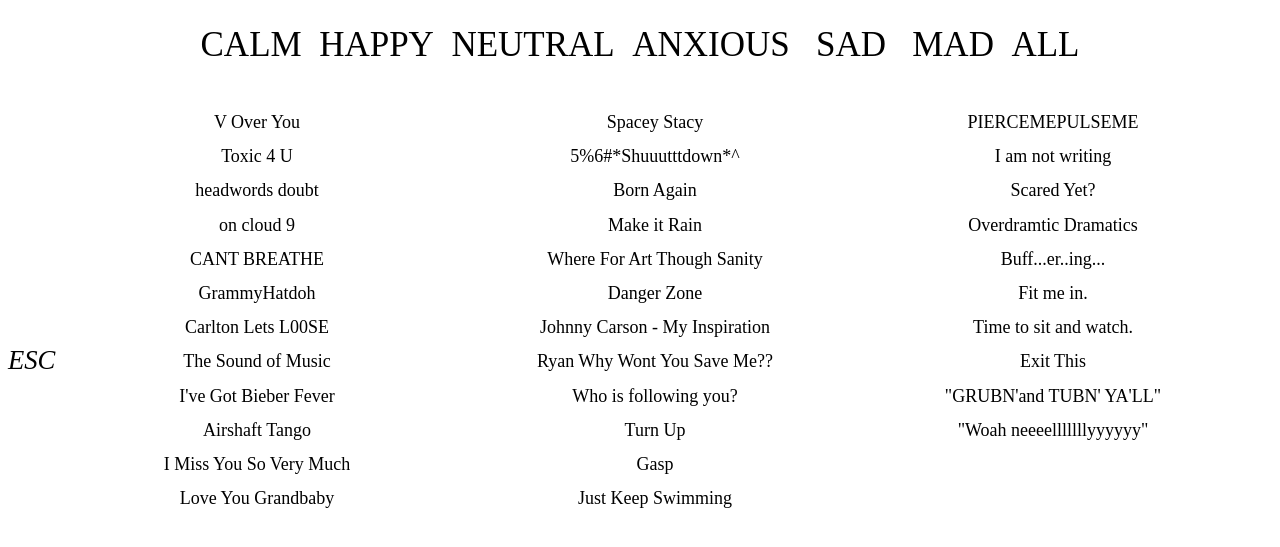
Repository: bradk647/bradk647.github.io
Page: cheat/cheatpage.html
The author's editor kept a record of every edit. The page is drawn from the files as they stood at one moment, then again after the next edit.
The browser window is 1280 px wide. The pictures show the whole page.

Above is the page before.

### cheat/cheatpage.html
<html>
    <head>
        <title>
           U R CHEATR?
        </title>
        <link rel="stylesheet" type="text/css" href="cheatsheetstyle.css">

        <link rel="icon" href="../BUGS018.png" sizes="16x16 32x32" type="image/png">

    </head>

    <body>
        <div class="wrappertext">
            <a href="calmcheat.html"><div id="orange" style="display: inline-block;">CALM</div></a>&nbsp;
            <a href="happycheat.html"><div id="pink" style="display: inline-block;">HAPPY</div></a>&nbsp;
            <a href="neutralcheat.html"><div id="yellow" style="display: inline-block;">NEUTRAL</div></a>&nbsp;
            <a href="anxiouscheat.html"><div id="green" style="display: inline-block;">ANXIOUS</div></a> &nbsp;
            <a href="sadcheat.html"><div id="blue" style="display: inline-block;">SAD</div></a> &nbsp;
            <a href="madcheat.html"><div id="red" style="display: inline-block;">MAD</div></a>&nbsp;
            <a href="allcheat.html"><div id="all" style="display: inline-block;">ALL</div></a>
         </div>

         <div class="leftwrapper">
                <div class="esc">
                    <a href="../indexbunny.html">ESC</a> <br />
                </div>
            </div>




        <ul>

            <a href="../bunny/VOverYou.html" class="yellow"><li>V Over You</li></a>
            <a href="..//brit.html" class="red"><li>Toxic 4 U</li></a>
            <a href="../bunny/headwords.html" class="blue"><li>headwords doubt</li></a>
            <a href="../bunny/clouds.html" class="orange"><li>on cloud 9</li></a>
            <a href="../bunny/constriction.html" div id="green"><li>CANT BREATHE</li></a>
            <a href="../bunny/GrammyHatdoh.html" class="pink"><li>GrammyHatdoh</li></a>
            <a href="../bunny/disco.html" class="pink"><li>Carlton Lets L00SE</li></a>
             <a href="../bunny/moutaintop.html" class="orange"><li>The Sound of Music</li></a>
            <a href="../bunny/bieber.html" div id="red"><li>I've Got Bieber Fever</li></a>
            <a href="../bunny/AirshaftTango.html" class="green"><li>Airshaft Tango</li></a>
            <a href="../bunny/IMissYouSoVeryMuch.html" class="blue"><li>I Miss You So Very Much</li></a>
            <a href="../bunny/oldpeople.html" class="pink"><li>Love You Grandbaby</li></a>
            <a href="../bunny/SpaceyStacy.html" class="yellow"><li>Spacey Stacy</li></a>
            <a href="../bunny/Shutdown.html" class="blue"><li>5%6#*Shuuutttdown*^</li></a>
            <a href="../bunny/BornAgain.html" class="green"><li>Born Again</li></a>
            <a href="../bunny/MakeItRain.html" class="orange"><li>Make it Rain</li></a>
            <a href="../bunny/shakespere.html" class="green"><li>Where For Art Though Sanity </li></a>
            <a href="../bunny/dangerzone.html" class="pink"><li>Danger Zone </li></a>
            <a href="../bunny/SHOUT.html" class="red"><li>Johnny Carson - My Inspiration </li></a>
            <a href="../bunny/buried.html" class="green"><li>Ryan Why Wont You Save Me??</li></a>
            <a href="../bunny/WhoIsFollowingYou.html" class="orange"><li>Who is following you?</li></a>
            <a href="../bunny/padded.html" div id="orange"><li>Turn Up</li></a>
            <a href="../bunny/poem1.html" class="blue"><li>Gasp</li></a>
            <a href="../bunny/DORI.html" class="pink"><li>Just Keep Swimming</li></a>
            <a href="../bunny/PUSLEME.html" class="red"><li>PIERCEMEPULSEME</li></a>
            <a href="../bunny/NotWriting.html" class="green"><li>I am not writing</li></a>
            <a href="../bunny/knife.html" class="red"><li>Scared Yet?</li></a>
            <a href="../bunny/overdrama.html" class="blue"><li>Overdramtic Dramatics</li></a>
            <a href="../bunny/textmess.html" class="yellow"><li>Buff...er..ing...</li></a>
            <a href="../bunny/mold.html" class="green"><li>Fit me in.</li></a>
            <a href="../bunny/window.html" class="yellow"><li>Time to sit and watch.</li></a>
            <a href="../bunny/exit.html" class="blue"><li>Exit This</li></a>
            <a href="../bunny/snackz.html" class="pink"><li>"GRUBN'and TUBN' YA'LL"</li></a>
            <a href="../bunny/indexvid1.html" div id="red"><li>"Woah neeeelllllllyyyyyy"</li></a>
        </ul>

    </body>
</html>

### cheat/cheatsheetstyle.css
body{
            background-color:white;
        }

        .wrappertext {
            text-align:center;
            font-family: "Times New Roman",serif;
            font-size:35px;
            margin-top:25px;
        }

       .leftwrapper {
            width:50%;
            float: left;

        }

        .rightwrapper{
            width:50%;
            float: right;
        }

        .esc {
        	position: fixed;
        	top: 50%;
        	font-size: 20pt;
        	font-style:italic;
        	-webkit-transform: translateY (-50%);
        	   -moz-transform: translateY(-50%);
        			transform: translateY(-50%);
        }

        .cheat {
            color:black;
            font-family:"Times New Roman",serif;
            font-size:20pt;
            font-style:italic;
            position: fixed;
	        top: 50%;
	        /*left:990px;*/
            left: 96%;
            /*margin-right: -100%;*/
            transform: translate(-50%, -50%)
            }

        a:link {
                text-decoration: none;
                color:black;
            }

            a:visited {
                text-decoration: none;
                color:black;
            }

            a:hover {
                text-decoration: line-through;
            }

            a:active {
                text-decoration: underline;
            }

            #red:hover {
                color: red;
                text-decoration: line-through;
            }
            #green:hover {
                color: green;
                text-decoration: line-through;
            }
           #blue:hover {
                color: blue;
                text-decoration: line-through;
            }
            #yellow:hover {
                color: yellow;
                text-decoration: line-through;
            }
            #orange:hover {
                color: orange;
                text-decoration: line-through;
            }
            #pink:hover {
                color: #FF69B4;
                text-decoration: line-through;
            }

            #all:hover {
                color:black;
                text-decoration: line-through;
            }

            ul {
                font-family:"Times New Roman",serif;
                font-size:18px;
                line-height:1.9em;
                list-style-type: none;
            	counter-reset: section;

            	-moz-column-count: 3;
                -moz-column-gap: 20px;
                -webkit-column-count: 3;
                -webkit-column-gap: 10px;
                column-count: 3;
                column-gap: 10px;

                text-align: center;
                vertical-align: middle;
                margin-right:40px;
                margin-top:40px;
            }

            ul li
            {
            	padding-left: 30px;
            	position: relative;
            }

            ul li:before
            {

            	margin: 0 0 0 -34px;
            	text-align: center;
            	width: 2em;
            	display: inline-block;
            	position: absolute;
            	height: 100%;

            }

After the next edit:
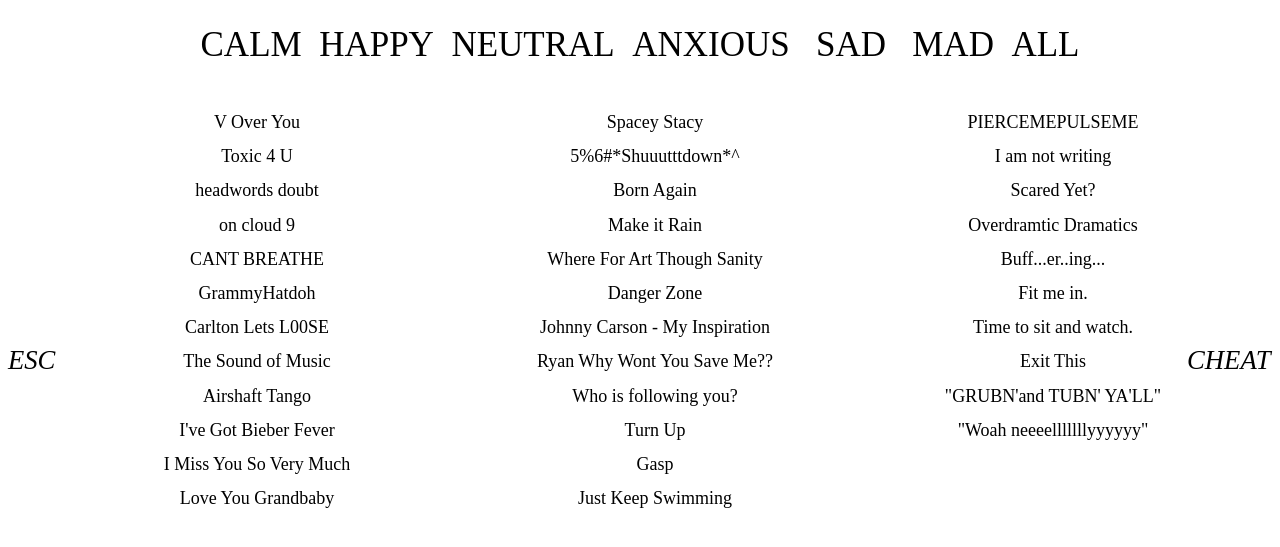
The edit:
--- a/cheat/cheatpage.html
+++ b/cheat/cheatpage.html
@@ -26,45 +26,49 @@
                 </div>
             </div>
 
-
-
+         <div class="rightwrapper">
+                <div class="cheat">
+                    <a href="cheatpage.html">CHEAT</a> <br />
+                </div>
+            </div>
 
         <ul>
 
-            <a href="../bunny/VOverYou.html" class="yellow"><li>V Over You</li></a>
-            <a href="..//brit.html" class="red"><li>Toxic 4 U</li></a>
-            <a href="../bunny/headwords.html" class="blue"><li>headwords doubt</li></a>
-            <a href="../bunny/clouds.html" class="orange"><li>on cloud 9</li></a>
+            <a href="../bunny/VOverYou.html" div id="yellow"><li>V Over You</li></a>
+            <a href="../bunny/brit.html" div id="red"><li>Toxic 4 U</li></a>
+            <a href="../bunny/headwords.html" div id="blue"><li>headwords doubt</li></a>
+            <a href="../bunny/clouds.html" div id="orange"><li>on cloud 9</li></a>
             <a href="../bunny/constriction.html" div id="green"><li>CANT BREATHE</li></a>
-            <a href="../bunny/GrammyHatdoh.html" class="pink"><li>GrammyHatdoh</li></a>
-            <a href="../bunny/disco.html" class="pink"><li>Carlton Lets L00SE</li></a>
-             <a href="../bunny/moutaintop.html" class="orange"><li>The Sound of Music</li></a>
+            <a href="../bunny/GrammyHatdoh.html" div id="pink"><li>GrammyHatdoh</li></a>
+            <a href="../bunny/disco.html" div id="pink"><li>Carlton Lets L00SE</li></a>
+            <a href="../bunny/moutaintop.html" div id="orange"><li>The Sound of Music</li></a>
+            <a href="../bunny/AirshaftTango.html" div id="green"><li>Airshaft Tango</li></a>
             <a href="../bunny/bieber.html" div id="red"><li>I've Got Bieber Fever</li></a>
-            <a href="../bunny/AirshaftTango.html" class="green"><li>Airshaft Tango</li></a>
-            <a href="../bunny/IMissYouSoVeryMuch.html" class="blue"><li>I Miss You So Very Much</li></a>
-            <a href="../bunny/oldpeople.html" class="pink"><li>Love You Grandbaby</li></a>
-            <a href="../bunny/SpaceyStacy.html" class="yellow"><li>Spacey Stacy</li></a>
-            <a href="../bunny/Shutdown.html" class="blue"><li>5%6#*Shuuutttdown*^</li></a>
-            <a href="../bunny/BornAgain.html" class="green"><li>Born Again</li></a>
-            <a href="../bunny/MakeItRain.html" class="orange"><li>Make it Rain</li></a>
-            <a href="../bunny/shakespere.html" class="green"><li>Where For Art Though Sanity </li></a>
-            <a href="../bunny/dangerzone.html" class="pink"><li>Danger Zone </li></a>
-            <a href="../bunny/SHOUT.html" class="red"><li>Johnny Carson - My Inspiration </li></a>
-            <a href="../bunny/buried.html" class="green"><li>Ryan Why Wont You Save Me??</li></a>
-            <a href="../bunny/WhoIsFollowingYou.html" class="orange"><li>Who is following you?</li></a>
+            <a href="../bunny/IMissYouSoVeryMuch.html" div id="blue"><li>I Miss You So Very Much</li></a>
+            <a href="../bunny/oldpeople.html" div id="yellow"><li>Love You Grandbaby</li></a>
+            <a href="../bunny/SpaceyStacy.html" div id="yellow"><li>Spacey Stacy</li></a>
+            <a href="../bunny/Shutdown.html" div id="blue"><li>5%6#*Shuuutttdown*^</li></a>
+            <a href="../bunny/BornAgain.html" div id="green"><li>Born Again</li></a>
+            <a href="../bunny/MakeItRain.html" div id="orange"><li>Make it Rain</li></a>
+            <a href="../bunny/shakespere.html" div id="green"><li>Where For Art Though Sanity </li></a>
+            <a href="../bunny/dangerzone.html" div id="pink"><li>Danger Zone </li></a>
+            <a href="../bunny/SHOUT.html" div id="red"><li>Johnny Carson - My Inspiration </li></a>
+            <a href="../bunny/buried.html" div id="green"><li>Ryan Why Wont You Save Me??</li></a>
+            <a href="../bunny/WhoIsFollowingYou.html" div id="orange"><li>Who is following you?</li></a>
             <a href="../bunny/padded.html" div id="orange"><li>Turn Up</li></a>
-            <a href="../bunny/poem1.html" class="blue"><li>Gasp</li></a>
-            <a href="../bunny/DORI.html" class="pink"><li>Just Keep Swimming</li></a>
-            <a href="../bunny/PUSLEME.html" class="red"><li>PIERCEMEPULSEME</li></a>
-            <a href="../bunny/NotWriting.html" class="green"><li>I am not writing</li></a>
-            <a href="../bunny/knife.html" class="red"><li>Scared Yet?</li></a>
-            <a href="../bunny/overdrama.html" class="blue"><li>Overdramtic Dramatics</li></a>
-            <a href="../bunny/textmess.html" class="yellow"><li>Buff...er..ing...</li></a>
-            <a href="../bunny/mold.html" class="green"><li>Fit me in.</li></a>
-            <a href="../bunny/window.html" class="yellow"><li>Time to sit and watch.</li></a>
-            <a href="../bunny/exit.html" class="blue"><li>Exit This</li></a>
-            <a href="../bunny/snackz.html" class="pink"><li>"GRUBN'and TUBN' YA'LL"</li></a>
+            <a href="../bunny/poem1.html" div id="blue"><li>Gasp</li></a>
+            <a href="../bunny/DORI.html" div id="pink"><li>Just Keep Swimming</li></a>
+            <a href="../bunny/PUSLEME.html" div id="red"><li>PIERCEMEPULSEME</li></a>
+            <a href="../bunny/NotWriting.html" div id="green"><li>I am not writing</li></a>
+            <a href="../bunny/knife.html" div id="red"><li>Scared Yet?</li></a>
+            <a href="../bunny/overdrama.html" div id="blue"><li>Overdramtic Dramatics</li></a>
+            <a href="../bunny/textmess.html" div id="yellow"><li>Buff...er..ing...</li></a>
+            <a href="../bunny/mold.html" div id="green"><li>Fit me in.</li></a>
+            <a href="../bunny/window.html" div id="yellow"><li>Time to sit and watch.</li></a>
+            <a href="../bunny/exit.html" div id="blue"><li>Exit This</li></a>
+            <a href="../bunny/snackz.html" div id="pink"><li>"GRUBN'and TUBN' YA'LL"</li></a>
             <a href="../bunny/indexvid1.html" div id="red"><li>"Woah neeeelllllllyyyyyy"</li></a>
+
         </ul>
 
     </body>
